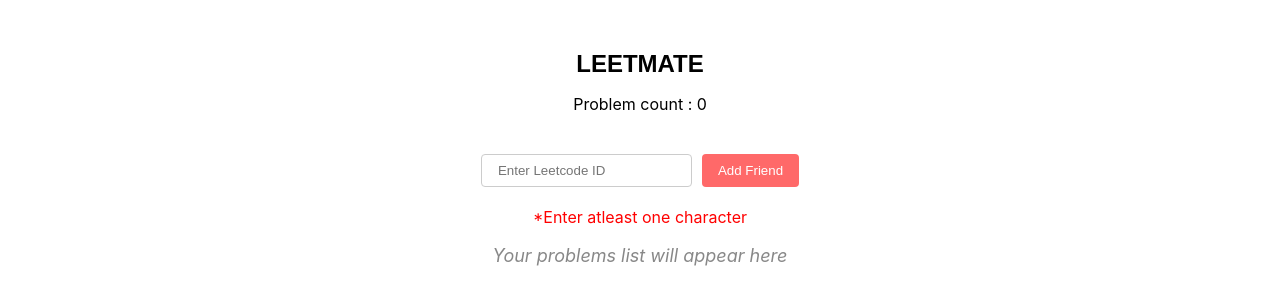
Repository: Sanketh149/leetcode-discord
Page: /
The author's editor kept a copy of each file at every save. The page is drawn from the files as they stood at one save, then again after the next save.
The browser window is 1280 px wide. The pictures show the whole page.
The project was rebuilt for these pictures with package versions that can differ from the ones it lists, and the page was loaded fresh each time. Also part of the build but not shown: src/Modal.module.css, src/Modal.js, src/Cart.module.css, src/Cart.js.

Above is the page before, as saved 2023-06-21 17:59:03.

After the next save:
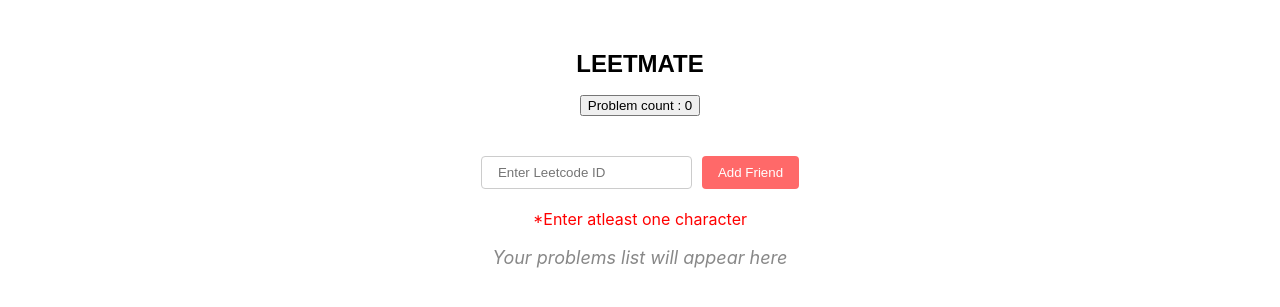
Saved 103 s later.
--- a/src/App.js
+++ b/src/App.js
@@ -81,7 +81,7 @@
     <div className="app">
       {cartIsShown && <Cart onClose={hideCartHandler} shownName={username} />}
       <h1 className="app__title">LEETMATE</h1>
-      <div className="probCount"> Problem count : {user.length}</div>
+      <button className="probCount"> Problem count : {user.length}</button>
       <form onSubmit={handleSubmit} className="app__form">
         <input
           type="text"
